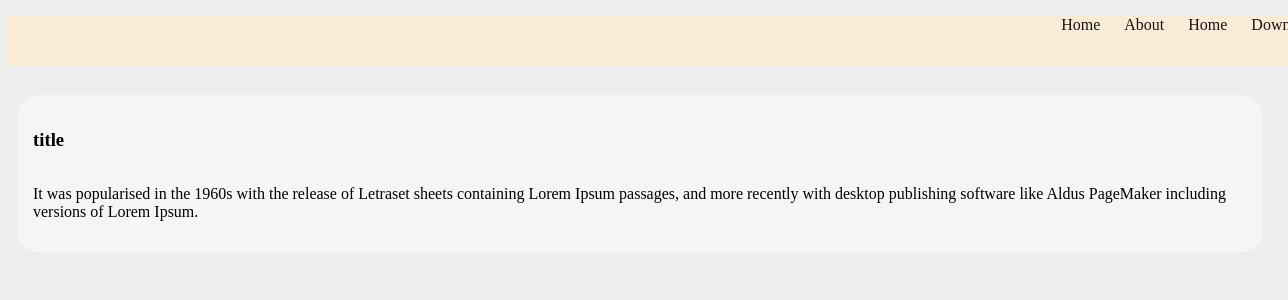
Repository: RafalSiuta/notiweb
Page: policy.html
An editor plug-in stored every save of this project. The page is shown before and after the next save, followed by the edit.
The browser window is 1280 px wide. The page is 1288 px wide, so the pictures cover 1288 px, including what lies to the right of the window. The pictures show the whole page.

Above is the page before, as saved 2024-12-14 21:23:22.

### policy.html
<!DOCTYPE html>
<!--[if lt IE 7]>      <html class="no-js lt-ie9 lt-ie8 lt-ie7"> <![endif]-->
<!--[if IE 7]>         <html class="no-js lt-ie9 lt-ie8"> <![endif]-->
<!--[if IE 8]>         <html class="no-js lt-ie9"> <![endif]-->
<!--[if gt IE 8]>      <html class="no-js"> <!--<![endif]-->
<html>
    <head>
        <meta charset="utf-8">
        <meta http-equiv="X-UA-Compatible" content="IE=edge">
        <title>Noti privacy policy</title>
        <meta name="Noti mobile app privacy policy" content="">
        <meta name="viewport" content="width=device-width, initial-scale=1">
        <link rel="stylesheet" href="/styles/styles.css">
    </head>
    <body>
        <nav>
            <ul>
                <li><a href="#home">Home</a></li>
                <li><a href="#screens">About</a></li>
                <li><a href="#contact">Home</a></li>
                <li><a href="#contact">Download</a></li>
            </ul>
        </nav>
        <header>
            <h1>Privacy policy</h1>
        </header>
        <div class="main">
            <div class="item">
                <h3>title</h3>
                <p>It was popularised in the 1960s with the release of Letraset sheets containing Lorem Ipsum passages, and more
                    recently
                    with desktop publishing software like Aldus PageMaker including versions of Lorem Ipsum.</p>
            </div>
        </div>


        <script src="" async defer></script>
    </body>
</html>

### styles/styles.css
@font-face {
    font-family: "Exo-medium";
    src:url("fonts/Exo2-Medium.ttf") format("ttf");
    font-family: "Exo-black";
    src: url("fonts/Exo2-Black.ttf") format("ttf");

}
body {
    background-color: #EEEEEE;

}

nav ul{
    width: 100vw;
    height: 50px;
    top: 0;
    padding-right:50px;
    background-color: antiquewhite;
    position: fixed;
    text-align: right;
}
ul{

}
li{
    display: inline;
    margin: 10px;
}
a {
    color: #161616;
    font-size: 1em;
    text-decoration: none;
    font-family: "Exo-medium";
    z-index: 2;
}
.main{
    display: flex;
    flex-direction: column;
    align-items: center;

}

h1{
    font-family: "Exo-black";
    font-size: 1.2em;
    color: #161616;
}

section{
    width: 100vw;
    height: 100vh;
    display: flex;
    justify-content: center;
    align-items: center;
}
footer{
    bottom: 0;
    height: 50px;
    width: 100vw;
    background-color: aqua;
    position: fixed;
    text-align: center;
}
.policy-link{
    font-family: "Exo-medium";
    font-size: 1em;
    color: #161616;
    padding: 5px;
}
.item {
    display: flex;
    flex-direction: column;
    text-align: left;
    margin: 10px;
    background-color: #f5f5f5;
    padding: 15px;
    border-radius: 20px;
}
header{
    width: 100vw;
    height: 10vh;
    text-align: left;

}

After the next save:
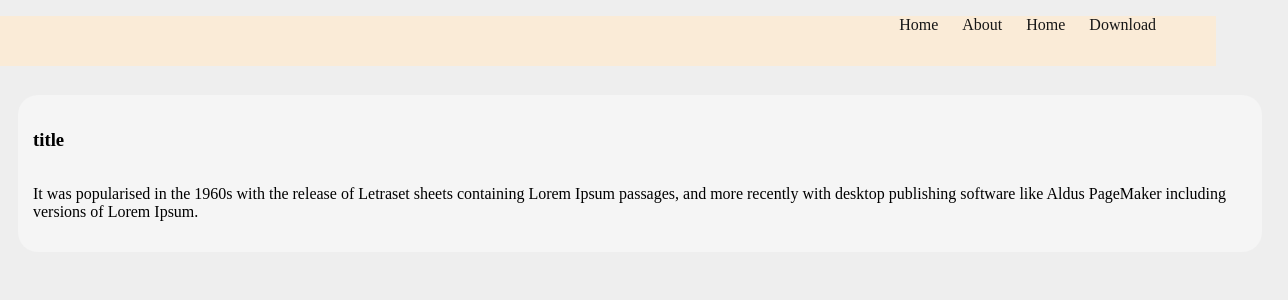
Saved 45 s later.
--- a/styles/styles.css
+++ b/styles/styles.css
@@ -11,9 +11,10 @@
 }
 
 nav ul{
-    width: 100vw;
+    width: 95vw;
     height: 50px;
     top: 0;
+    right: 5vw;
     padding-right:50px;
     background-color: antiquewhite;
     position: fixed;
